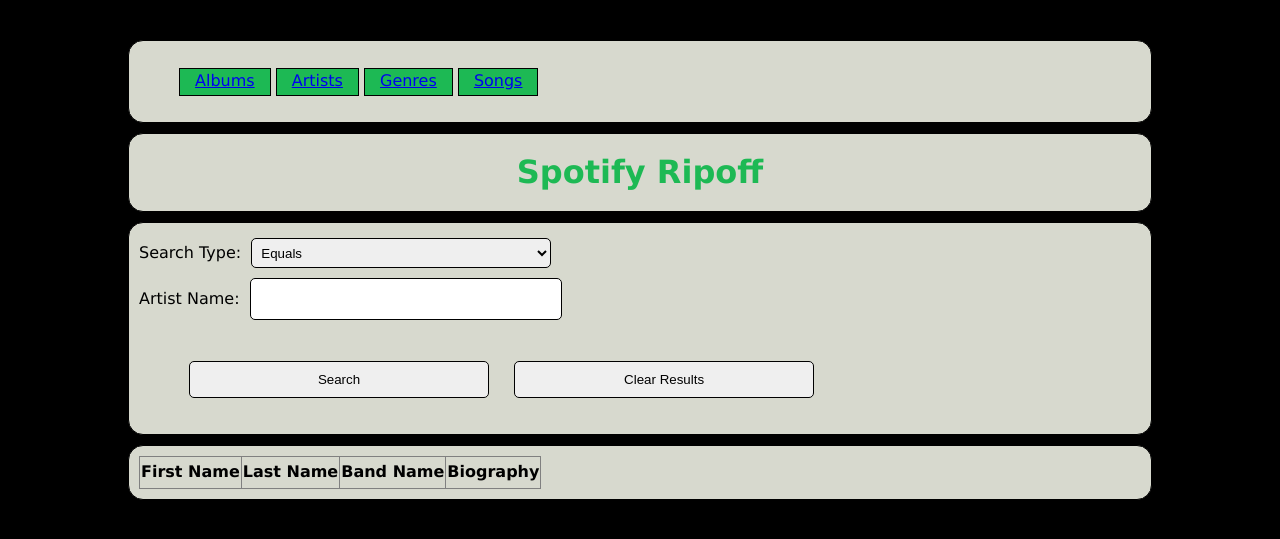
Repository: RRGTHWAR/bkg16_INFSCI1017
Page: bkg16_Music_FinalProject/WebContent/artist.html
These files come from the project's save history. The page is drawn as it stood at one moment and after the next save; the edit follows.
The browser window is 1280 px wide. The pictures show the whole page.

Above is the page before, as saved 2019-04-13 14:57:25.

### bkg16_Music_FinalProject/WebContent/artist.html
<!DOCTYPE html>
<html>
<head>
<meta charset="UTF-8">
<title>Artists</title>
<link href="css/style.css" rel="stylesheet" type="text/css" />
<script src="js/jquery-3.3.1.min.js"></script>
</head>
<body>
	<div id="navBar">
		<ul>
			<li><a href="album.html" title="Albums">Albums</a></li>
			<li><a href="artist.html" title="Artists">Artists</a></li>
			<li><a href="genre.html" title="Genres">Genres</a></li>
			<li><a href="song.html" title="Songs">Songs</a></li>
		</ul>
	</div>
	<h1 id="mainHeader" >Spotify Ripoff</h1>
	<div id="artistSearch" class="searchBox" >
		<div>
			Search Type:
			<select name="searchType" id="searchType" class="textField">
				<option value="equals">Equals</option>
				<option value="begins">Begins</option>
				<option value="ends">Ends</option>
				<option value="contains">Contains</option>
				<option value="">All</option>
			</select>
		</div>
		<div>
			Artist Name: <input type="text" id="artistName" name="artistName" value="" class="textField" />
		</div>
		<div id="btns" >
			<ul>
				<li><input type="button" id="btnSearch" name="btnSubmit" class="actButton" value="Search" /></li>
				<li><input type="button" id="btnClear" name ="btnClear" class="actButton" value="Clear Results" /></li>
			</ul>
		</div>
	</div>

	<div id="searchResults">
		<table border="1" id="tblSearchResults">
			<tr>
				<th>First Name</th>
				<th>Last Name</th>
				<th>Band Name</th>
				<th>Biography</th>
			</tr>
		</table>
	</div>

	</body>
	<script>
		$(document).ready(function (){
			if (window.location.href.indexOf("?songID=") > -1) {
				var addy = window.location.href;
				var songID = addy.substring(addy.indexOf("=") + 1);
				var url = "ArtistListWS?songID=" + songID;
				$.get(url, function(resp){
					parseArtistData(resp);
				})
			};
			$("#btnClear").click(function (){
				clearResultsTable();
			});
			$("#btnSearch").click(function (){
				search();
			});
			$("#artistName").keyup(function(){
				var keyPressed = $("#artistName").val();
				if(keyPressed.length > 2) {
					search();
				} else {
					clearResultsTable();
				}
			});
		});

		function search(optSearchType) {
			clearResultsTable();
			var artistName = $("#artistName").val();
			var searchType = $("#searchType").val();
			// console.log("Song: " + artistName);
			// console.log("SearchType: " + searchType);
			var url = "ArtistListWS?artistName=" + artistName + "&searchType=" + searchType;
			// console.log(url);
			$.get(url, function(resp){
				parseArtistData(resp);
			})
		}

		function parseArtistData(data){
			//$("#searchResults").text(JSON.stringify(data));
			var result = "";

			for(var i=0; i < data.length; i++) {
				var tr = $("<tr></tr>"); //Created empty html table row

				//First data cell
				var td = $("<td></td>"); //Created empty html table data
				td.html(data[i].first_name);
				tr.append(td);

				//Second data cell
				td = $("<td></td>"); //Note that we don't need to redeclare this
				td.html(data[i].last_name);
				tr.append(td);

				//Third data cell
				td = $("<td></td>"); //Note that we don't need to redeclare this
				td.html(data[i].band_name);
				tr.append(td);

				//Fourth data cell
				td = $("<td></td>"); //Note that we don't need to redeclare this
				td.html(data[i].bio);
				tr.append(td);

				//Fifth data cell
				td = $("<td class='songLink'></td>"); //Note that we don't need to redeclare this
				var link = "<a href='song.html?artistID=" + data[i].artist_id + "'>View Songs</a>";
				td.html(link);
				tr.append(td);

				//Sixth data cell
				td = $("<td class='albumLink'></td>"); //Note that we don't need to redeclare this
				var link = "<a href='album.html?artistID=" + data[i].artist_id + "'>View Albums</a>";
				td.html(link);
				tr.append(td);

				//Append row to table
				$("#tblSearchResults").append(tr);
				//result += 'Title: ' + data[i].title + '<br />';
			}

			//$("#searchResults").html(result);
		}

		//Source: https://stackoverflow.com/questions/2620181/clear-table-jquery
		function clearResultsTable() {
			$("#tblSearchResults td").parent().remove();
		}

		//Source: https://memorynotfound.com/detect-enter-keypress-javascript-jquery/
		$(document).keypress(function(e) {
			var keycode = (e.keyCode ? e.keyCode : e.which);
			if (keycode == '13') {
				$("#btnSearch").click();
			}
		});

	</script>
</html>

### bkg16_Music_FinalProject/WebContent/css/style.css
@charset "UTF-8";

html, body {
	background-color: black;
}

body {
	font-family: Verdana, Geneva, sans-serif;
	font-size: 100%;
	width: 80%;
	margin-right: auto;
	margin-left: auto;
	padding: 2.5% 2.5% 0;
	line-height: 1.8;
}

h1, h2, h3, h4, h5, h6, p {
	margin: 0;
	padding: 0;
}

h1, h2, h3, h4, h5, h6 {
	color: #1DB954;
}

p {
	margin-bottom: 1em;
}

#navBar {
	background-color: #D7D9CE;
	border: 1px solid #000;
	padding: 10px;
	border-radius: 15px;
}

#navBar ul li {
	background-color: #1DB954;
	margin-left: 0;
	margin-bottom: 10px;
	padding: 2px 15px 5px;
	border: 1px solid #000;
	list-style: none;
	display: inline;
}

#mainHeader {
	background-color: #D7D9CE;
	border: 1px solid #000;
	padding: 10px;
	margin-top: 10px;
	border-radius: 15px;
	text-align: center;
}

.searchBox {
	background-color: #D7D9CE;
	border: 1px solid #000;
	padding: 10px;
	margin-top: 10px;
	border-radius: 15px;
	margin-bottom: 10px;
}

.textField {
	border: 1px solid #000;
	border-radius: 5px;
	padding: 5px;
	margin: 5px;
	width: 300px;
	height: 30px;
}

#searchResults {
	background-color: #D7D9CE;
	border: 1px solid #000;
	padding: 10px;
	margin-top: 10px;
	border-radius: 15px;
	display: block;
	margin: 0 auto;
}

#btns ul li {
	padding: 10px;
	margin-top: 10px;
	border-radius: 15px;
	text-align: center;
	list-style: none;
	display: inline-block;
}

input[type=button] {
	border: 1px solid #000;
	padding: 10px;
	border-radius: 5px;
	display: inline-block;
	margin: 0 auto;
	width: 300px;
}

#tblSearchResults {
	border-collapse: collapse;
}

#tblSearchResults tr th td {
	border: 1px solid #000;
	padding: 5px;
	border-collapse: collapse;
	display: inline-block;
	margin: 0 auto;
	text-align: center;
}

Loaded but not shown: bkg16_Music_FinalProject/WebContent/js/jquery-3.3.1.min.js (library)

After the next save:
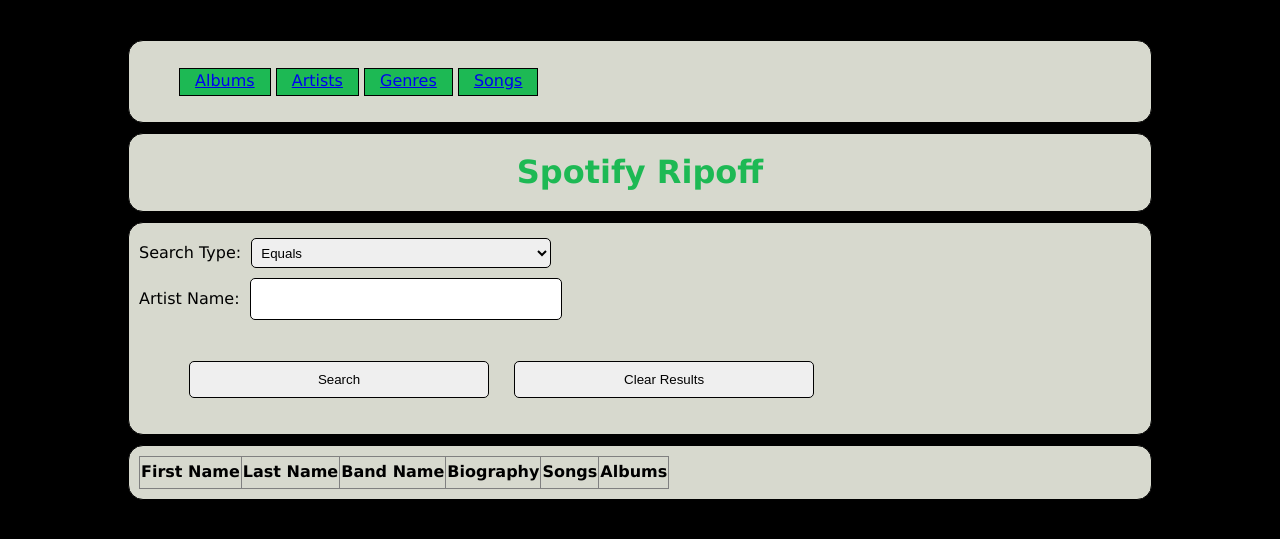
Saved 34 s later.
--- a/bkg16_Music_FinalProject/WebContent/artist.html
+++ b/bkg16_Music_FinalProject/WebContent/artist.html
@@ -45,6 +45,8 @@
 				<th>Last Name</th>
 				<th>Band Name</th>
 				<th>Biography</th>
+				<th>Songs</th>
+				<th>Albums</th>
 			</tr>
 		</table>
 	</div>
